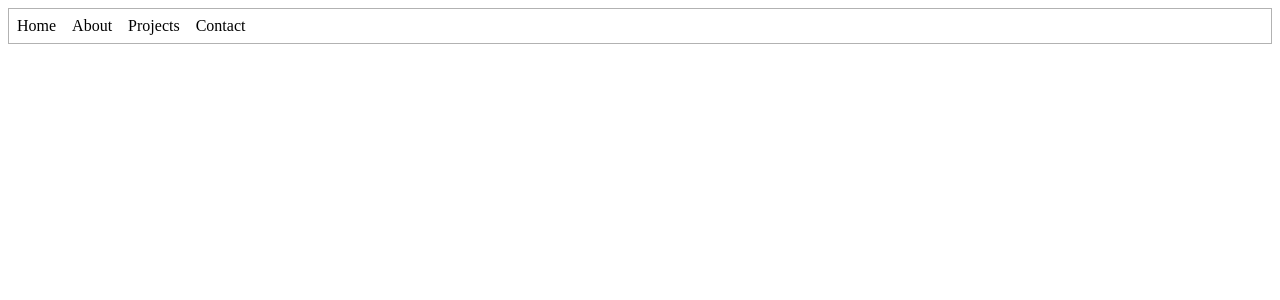
Repository: muesinga/aaronmuesing-dot-com
Page: index.html
An editor plug-in stored every save of this project. The page is shown before and after the next save, followed by the edit.
The browser window is 1280 px wide. The pictures show the whole page.

Above is the page before, as saved 2022-06-22 16:44:02.

After the next save:
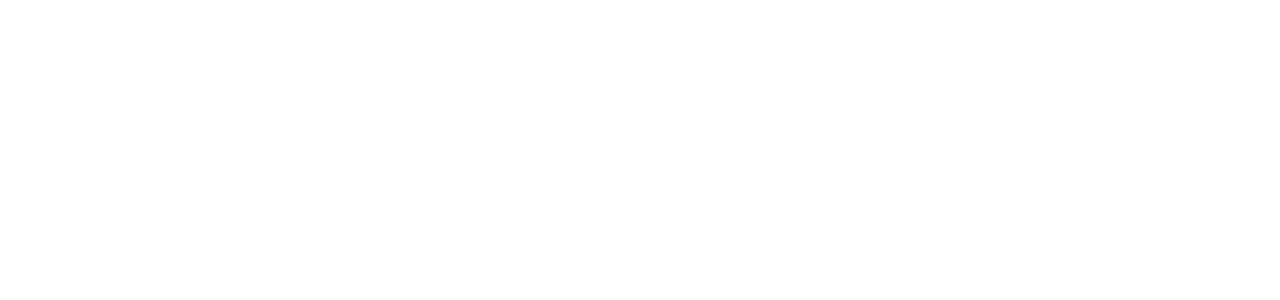
Saved 4 s later.
--- a/index.html
+++ b/index.html
@@ -2,7 +2,7 @@
 <html>
 <head>
     <link rel="stylesheet" href="styles/styles.css">
-    <script src=""src></script>
+    <script src="></script>
 </head>
 <body>
     <ul class="dropdown">

After the save that followed:
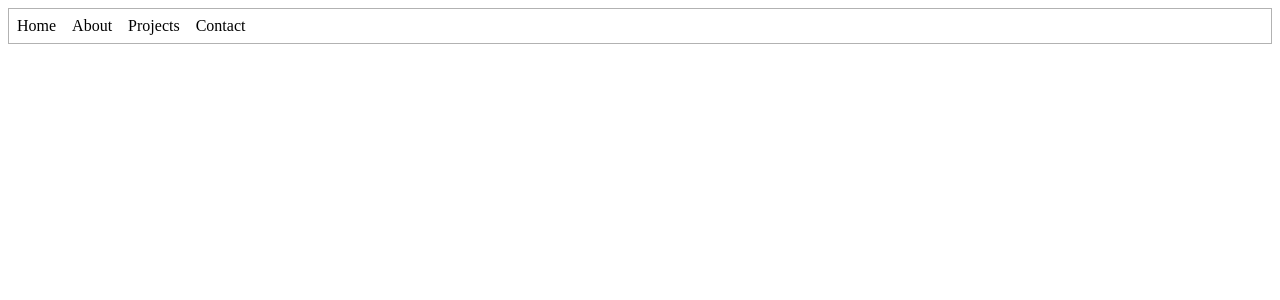
Not found: index.js
Saved 4 s later.
--- a/index.html
+++ b/index.html
@@ -2,7 +2,7 @@
 <html>
 <head>
     <link rel="stylesheet" href="styles/styles.css">
-    <script src="></script>
+    <script src="index.js"></script>
 </head>
 <body>
     <ul class="dropdown">
